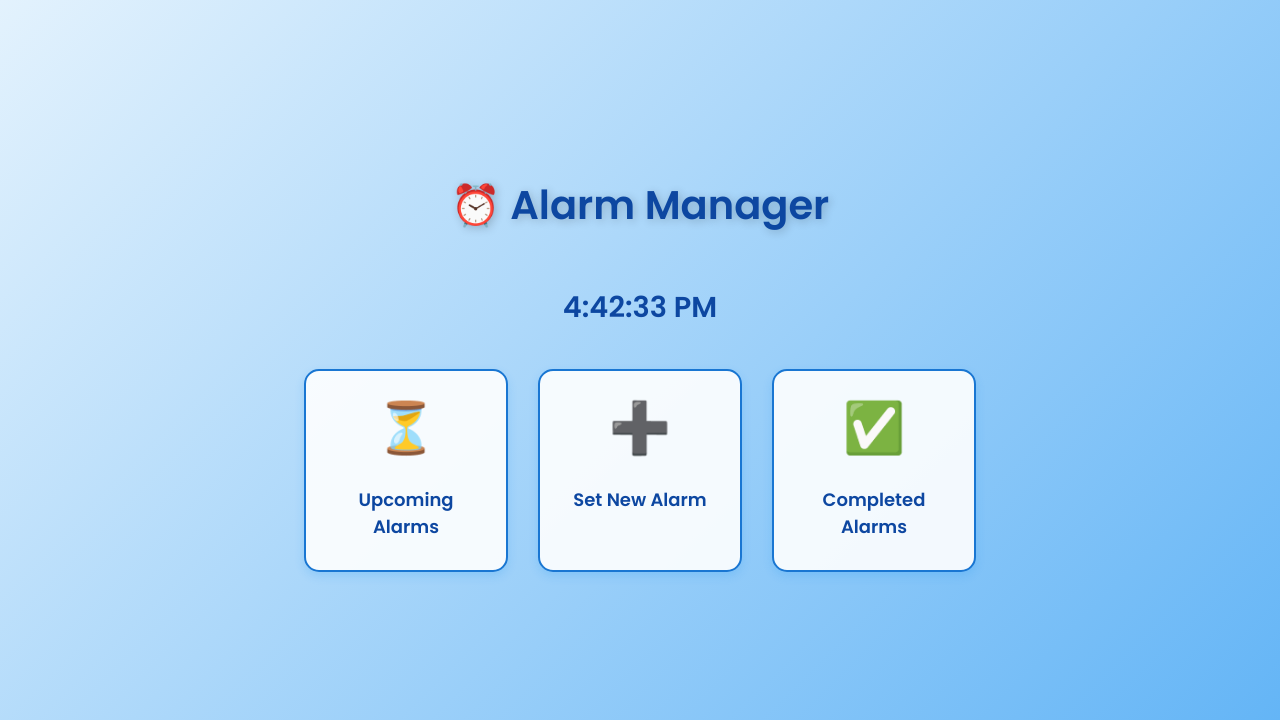
Repository: sarveshv9/Pill-Dispenser-Alert
Page: dashboard.html
An editor plug-in stored every save of this project. The page is shown before and after the next save, followed by the edit.
The browser window is 1280 px wide. The pictures show the whole page.

Above is the page before, as saved 2025-03-16 16:40:29.

After the next save:
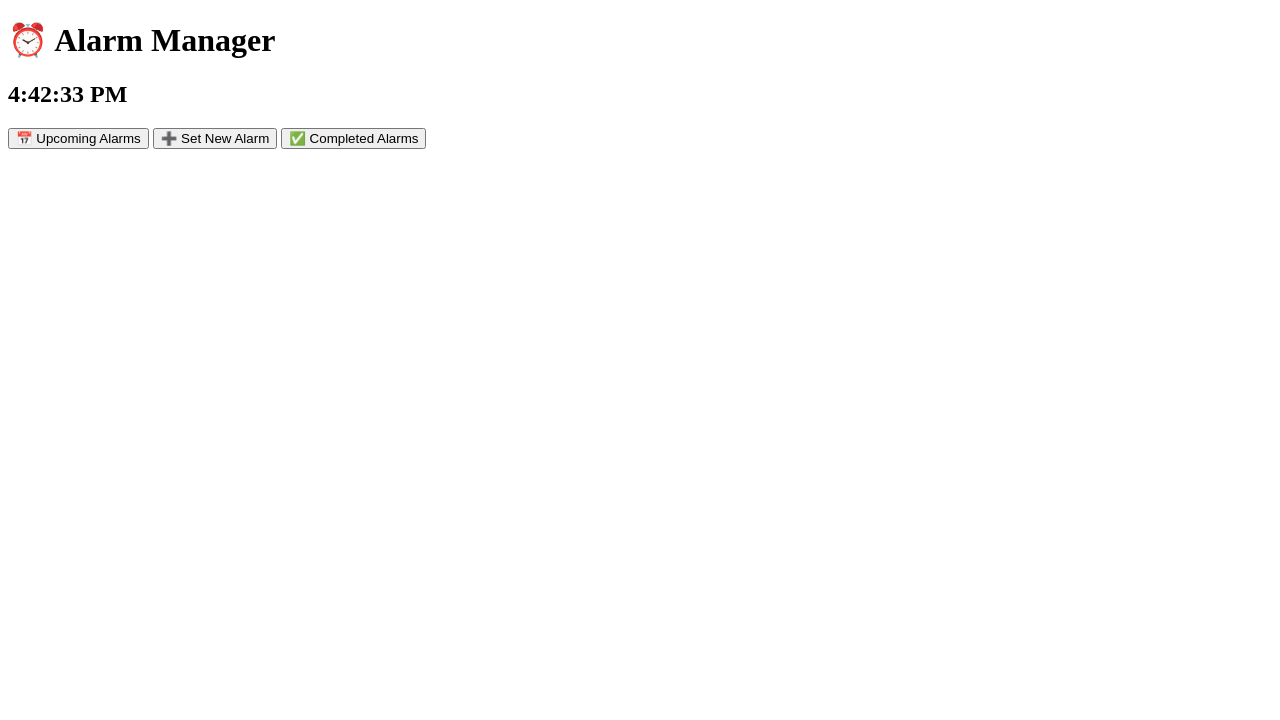
Saved 4 min 6 s later.
--- a/dashboard.html
+++ b/dashboard.html
@@ -4,122 +4,22 @@
     <meta charset="UTF-8">
     <meta name="viewport" content="width=device-width, initial-scale=1.0">
     <title>⏰ Alarm Manager</title>
-    <link href="https://fonts.googleapis.com/css2?family=Poppins:wght@300;400;600&display=swap" rel="stylesheet">
-    <style>
-        /* General Styles */
-        body {
-            font-family: 'Poppins', sans-serif;
-            display: flex;
-            flex-direction: column;
-            align-items: center;
-            justify-content: center;
-            height: 100vh;
-            margin: 0;
-            background: linear-gradient(135deg, #E3F2FD, #64B5F6); /* Light blue gradient */
-            color: #0D47A1; /* Dark blue */
-            text-align: center;
-        }
-
-        h1 {
-            font-size: 2.5rem;
-            font-weight: 700;
-            text-shadow: 2px 2px 10px rgba(0, 0, 0, 0.2);
-        }
-
-        /* Live Clock */
-        #clock {
-            font-size: 1.8rem;
-            font-weight: 600;
-            margin-bottom: 20px;
-        }
-
-        .container {
-            display: flex;
-            justify-content: center;
-            gap: 30px;
-            margin-top: 20px;
-        }
-
-        /* Icon Box Styles */
-        .icon-box {
-            display: flex;
-            flex-direction: column;
-            align-items: center;
-            background: rgba(255, 255, 255, 0.9);
-            border: 2px solid #1976D2; /* Blue border */
-            box-shadow: 0 4px 10px rgba(33, 150, 243, 0.2);
-            cursor: pointer;
-            transition: transform 0.2s ease, box-shadow 0.3s ease;
-            width: 160px;
-            padding: 20px;
-            border-radius: 15px;
-        }
-
-        .icon-box:hover {
-            transform: translateY(-5px);
-            box-shadow: 0 6px 15px rgba(33, 150, 243, 0.4);
-        }
-
-        .icon-box .emoji {
-            font-size: 50px;
-            margin-bottom: 10px;
-        }
-
-        .icon-box p {
-            margin: 10px;
-            font-size: 18px;
-            font-weight: bold;
-            color: #0D47A1; /* Dark blue */
-        }
-    </style>
 </head>
 <body>
-
     <h1>⏰ Alarm Manager</h1>
     <h2 id="clock">00:00:00</h2>
 
     <div class="container">
-        <div class="icon-box" onclick="showUpcomingAlarms()">
-            <span class="emoji">⏳</span>
-            <p>Upcoming Alarms</p>
-        </div>
-
-        <div class="icon-box" onclick="setNewAlarm()">
-            <span class="emoji">➕</span>
-            <p>Set New Alarm</p>
-        </div>
-
-        <div class="icon-box" onclick="showCompletedAlarms()">
-            <span class="emoji">✅</span>
-            <p>Completed Alarms</p>
-        </div>
+        <button onclick="location.href='upcoming.html'">📅 Upcoming Alarms</button>
+        <button onclick="location.href='form.html'">➕ Set New Alarm</button>
+        <button onclick="location.href='completed.html'">✅ Completed Alarms</button>
     </div>
 
     <script>
-        function showUpcomingAlarms() {
-            alert("📅 Displaying upcoming alarms.");
-            window.location.href="upcoming.html";
+        function updateClock() {
+            document.getElementById("clock").innerText = new Date().toLocaleTimeString();
         }
-
-        function setNewAlarm() {
-            alert("🔔 Redirecting to set new alarm.");
-            window.location.href="form.html";
-        }
-
-        function showCompletedAlarms() {
-            alert("✅ Displaying completed alarms.");
-            window.location.href="completed.html";
-
-        }
-
-        function updateClock() {
-            const now = new Date();
-            document.getElementById("clock").innerText = now.toLocaleTimeString();
-        }
-
         setInterval(updateClock, 1000);
-        updateClock();
     </script>
-
 </body>
 </html>
